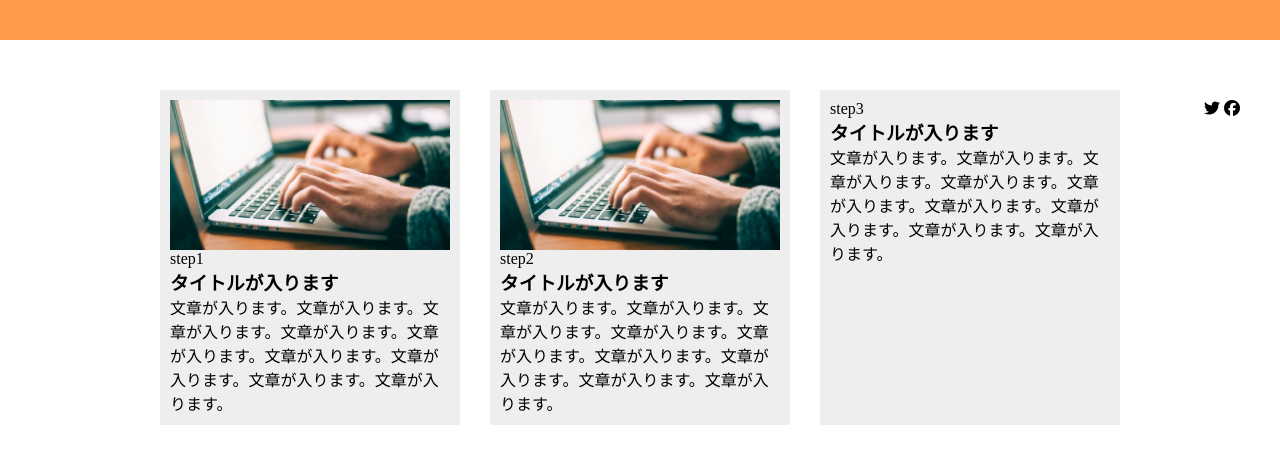
Repository: 825814/caravan2
Page: chapter9/index.html
The author's editor kept a record of every edit. The page is drawn from the files as they stood at one moment, then again after the next edit.
The browser window is 1280 px wide. The pictures show the whole page.
Some web libraries are served in a nearby version.

Above is the page before.

### chapter9/index.html
<!DOCTYPE html>
<html>
  <head>
    <meta http-equiv="content-type" content="text/html; charset=utf-8" />
    <title>chapter9</title>
    <script src="https://kit.fontawesome.com/4138dbd88f.js" crossorigin="anonymous"></script>
    <link rel="stylesheet" href="style.css" type="text/css" />
  </head>
  <body>
    <header>
      <div class="position">
        <i class="fa-brands fa-twitter"></i>
        <i class="fa-brands fa-facebook"></i>
      </div>
    </header>
    <main>
      <div class="step-box">
        <div class="step-img1"></div>
        <span class="step-nam">step1</span>
        <h3 class="title">タイトルが入ります</h3>
        <p class="text">文章が入ります。文章が入ります。文章が入ります。文章が入ります。文章が入ります。文章が入ります。文章が入ります。文章が入ります。文章が入ります。</p>
      </div>
      <div class="step-box">
        <div class="step-img2"></div>
        <span class="step-nam">step2</span>
        <h3 class="title">タイトルが入ります</h3>
        <p class="text">文章が入ります。文章が入ります。文章が入ります。文章が入ります。文章が入ります。文章が入ります。文章が入ります。文章が入ります。文章が入ります。</p>
      </div>
      <div class="step-box">
        <div class="step-img3"></div>
        <span class="step-nam">step3</span>
        <h3 class="title">タイトルが入ります</h3>
        <p class="text">文章が入ります。文章が入ります。文章が入ります。文章が入ります。文章が入ります。文章が入ります。文章が入ります。文章が入ります。文章が入ります。</p>
      </div>
    </main>
    <footer></footer>

  </body>
</html>

### chapter9/style.css
* {
  margin: 0;
  padding: 0;
  box-sizing: border-box;
}

.fab {
  font-size: 32px;
}

.position {
  position: absolute;
  top: 100px;
  right: 40px;
}

header {
  height: 40px;
  background-color: #ff9a4b;
}

main {
  width: 960px;
  margin: 50px auto;
  display: flex;
}

.step-box {
  width: 300px;
  margin-right: 30px;
  padding: 10px;
  position: relative;
  background-color: #eee;
}

.step-box:last-child {
  margin-right: 0;
}

.step-img1 {
  height: 150px;
  background-image: url(img/flow01.png);
  background-position: bottom;
  background-size: cover;
}

.step-img2 {
  height: 150px;
  background-image: url(img/flow01.png);
  background-position: bottom;
  background-size: cover;
}

.step-img1 {
  height: 150px;
  background-image: url(img/flow01.png);
  background-position: bottom;
  background-size: cover;
}
footer {

}

After the next edit:
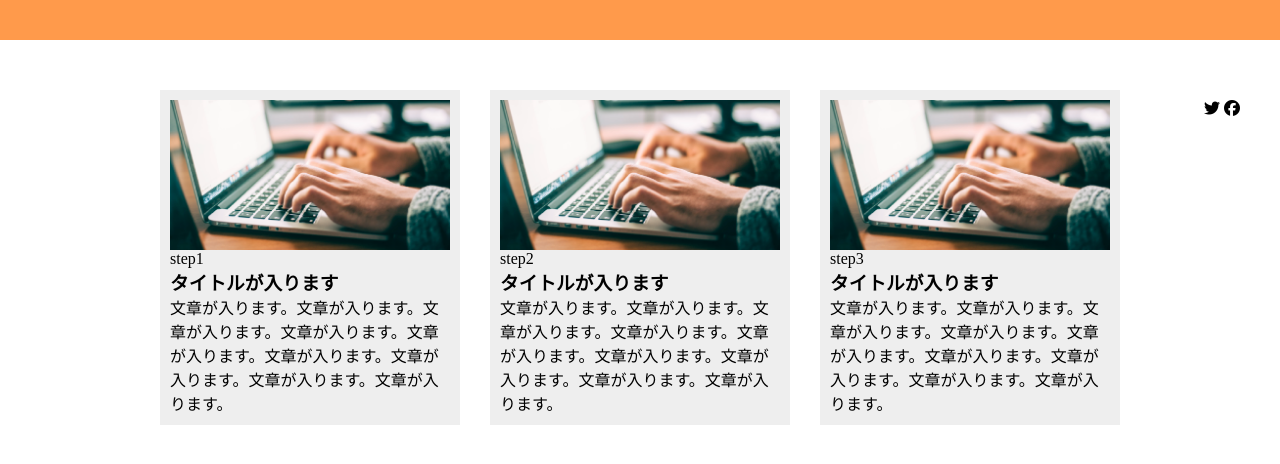
The edit:
--- a/chapter9/style.css
+++ b/chapter9/style.css
@@ -51,7 +51,7 @@
   background-size: cover;
 }
 
-.step-img1 {
+.step-img3 {
   height: 150px;
   background-image: url(img/flow01.png);
   background-position: bottom;
